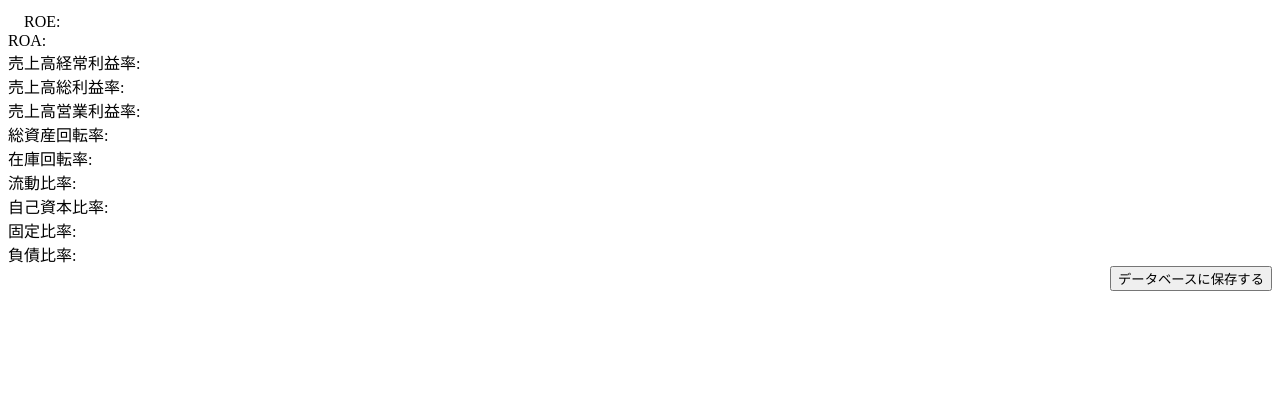
Repository: esk04/Keisanchan
Page: http://localhost/Keisanchan/keisanResult.jsp
An editor plug-in stored every save of this project. The page is shown before and after the next save, followed by the edit.
The browser window is 1280 px wide. The pictures show the whole page.
The page is served by Tomcat 9. Other server files are loaded and not shown.

Above is the page before, as saved 2018-08-20 06:39:51.

### Keisanchan/WebContent/keisanResult.jsp
<%@ page language="java" contentType="text/html; charset=UTF-8"
    pageEncoding="UTF-8"%>
<%@ taglib prefix="s" uri="/struts-tags" %>
<!DOCTYPE html>

<html>
<head>
<meta http-equiv="Content-Type" content="text/html; charset=UTF-8">
<title>計算結果</title>
</head>
<body>

		　<label>ROE:</label>
		 <s:property value="roe"/><br>
		 <label>ROA:</label>
		 <s:property value="roa"/><br>
		 <label>売上高経常利益率:</label>
		 <s:property value="uriage_keijo_ratio"/><br>
		 <label>売上高総利益率:</label>
		 <s:property value="uriage_sori_ratio"/><br>
		 <label>売上高営業利益率:</label>
		 <s:property value="uriage_eigyo_ratio"/><br>
		 <label>総資産回転率:</label>
		 <s:property value="total_kaiten_ratio"/><br>
		 <label>在庫回転率:</label>
		 <s:property value="zaiko_kaiten_ratio"/><br>
		 <label>流動比率:</label>
		 <s:property value="ryudo_ratio"/><br>
		 <label>自己資本比率:</label>
		 <s:property value="zikoshi_ratio"/><br>
		 <label>固定比率:</label>
		 <s:property value="kotei_ratio"/><br>
		 <label>負債比率:</label>
		 <s:property value="fusai_ratio"/><br>

		 <s:submit value="データベースに保存する" />




</body>
</html>

After the next save:
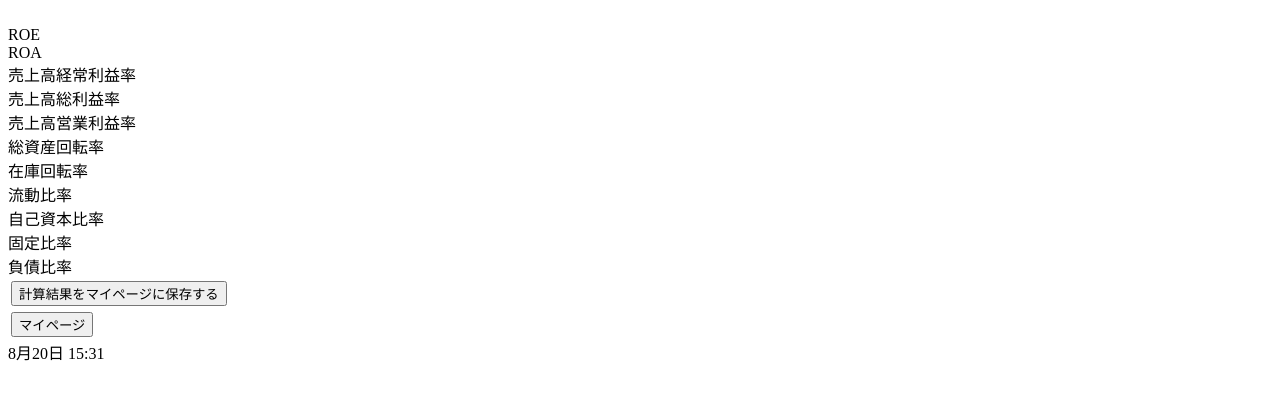
Saved 3 min 10 s later.
--- a/Keisanchan/WebContent/keisanResult.jsp
+++ b/Keisanchan/WebContent/keisanResult.jsp
@@ -1,7 +1,10 @@
 <%@ page language="java" contentType="text/html; charset=UTF-8"
     pageEncoding="UTF-8"%>
 <%@ taglib prefix="s" uri="/struts-tags" %>
+
 <!DOCTYPE html>
+
+
 
 <html>
 <head>
@@ -10,33 +13,32 @@
 </head>
 <body>
 
-		　<label>ROE:</label>
-		 <s:property value="roe"/><br>
-		 <label>ROA:</label>
-		 <s:property value="roa"/><br>
-		 <label>売上高経常利益率:</label>
-		 <s:property value="uriage_keijo_ratio"/><br>
-		 <label>売上高総利益率:</label>
-		 <s:property value="uriage_sori_ratio"/><br>
-		 <label>売上高営業利益率:</label>
-		 <s:property value="uriage_eigyo_ratio"/><br>
-		 <label>総資産回転率:</label>
-		 <s:property value="total_kaiten_ratio"/><br>
-		 <label>在庫回転率:</label>
-		 <s:property value="zaiko_kaiten_ratio"/><br>
-		 <label>流動比率:</label>
-		 <s:property value="ryudo_ratio"/><br>
-		 <label>自己資本比率:</label>
-		 <s:property value="zikoshi_ratio"/><br>
-		 <label>固定比率:</label>
-		 <s:property value="kotei_ratio"/><br>
-		 <label>負債比率:</label>
-		 <s:property value="fusai_ratio"/><br>
+ <s:form action="KeisanResultAction">
 
-		 <s:submit value="データベースに保存する" />
+ <s:property value="company_name"/><br>
+		ROE <s:property value="roe"/><br>
+		 ROA<s:property value="roa"/><br>
+		 売上高経常利益率<s:property value="uriage_keijo_ratio"/><br>
+		 売上高総利益率<s:property value="uriage_sori_ratio"/><br>
+		 売上高営業利益率<s:property value="uriage_eigyo_ratio"/><br>
 
+		総資産回転率 <s:property value="total_kaiten_ratio"/><br>
+		 在庫回転率<s:property value="zaiko_kaiten_ratio"/><br>
 
+		 流動比率<s:property value="ryudo_ratio"/><br>
+		 自己資本比率<s:property value="zikoshi_ratio"/><br>
+		 固定比率<s:property value="kotei_ratio"/><br>
+		 負債比率<s:property value="fusai_ratio"/><br>
+		 <s:submit value="計算結果をマイページに保存する"/>
+</s:form>
+<s:form action="MyPageAction">
+<s:submit value="マイページ"/>
+</s:form>
+<!--
+<input type="double" name="roe" value=""/>
+ -->
 
 
 </body>
 </html>
+8月20日 15:31
